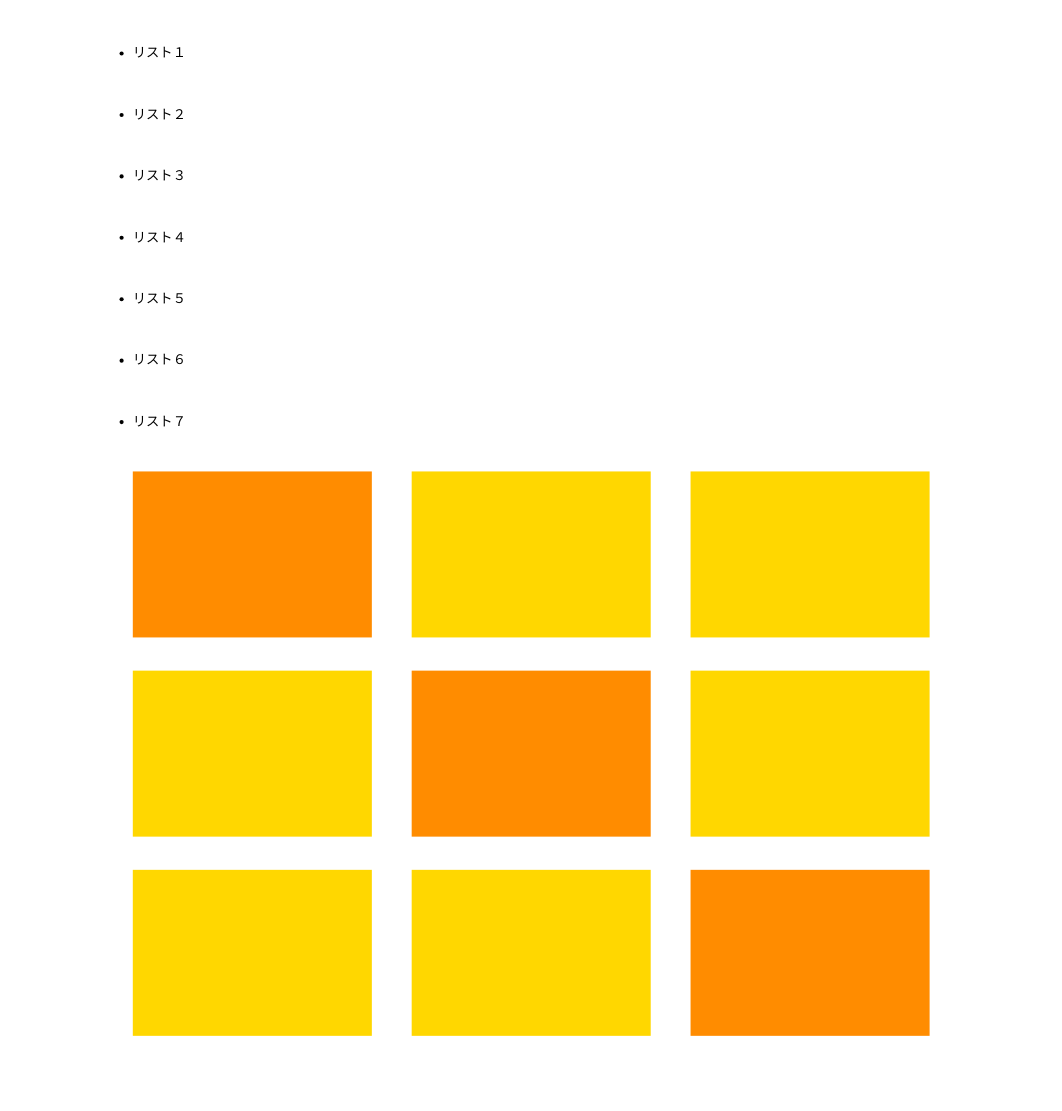
Repository: matsumurashin/flex
Page: chapter8-exercise/chap8.html
The author's editor kept a record of every edit. The page is drawn from the files as they stood at one moment, then again after the next edit.
The browser window is 1280 px wide. The pictures show the whole page, at 83% of full size.

Above is the page before.

After the next edit:
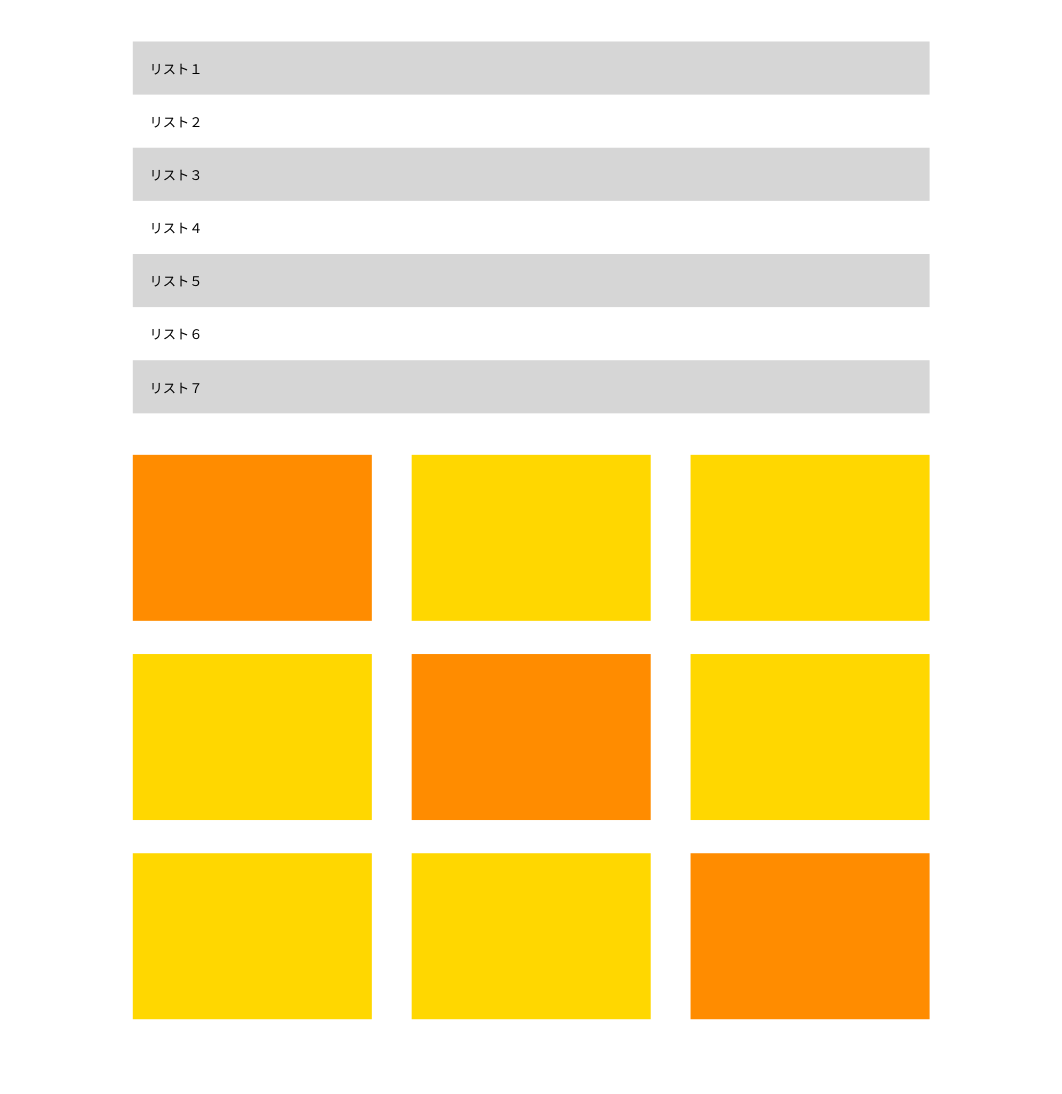
The edit:
--- a/chapter8-exercise/chap8.html
+++ b/chapter8-exercise/chap8.html
@@ -10,13 +10,13 @@
 
     <main>
       <ul class="item-list">
-        <li class="item-list">リスト１</li>
-        <li class="item-list">リスト２</li>
-        <li class="item-list">リスト３</li>
-        <li class="item-list">リスト４</li>
-        <li class="item-list">リスト５</li>
-        <li class="item-list">リスト６</li>
-        <li class="item-list">リスト７</li>
+        <li class="item">リスト１</li>
+        <li class="item">リスト２</li>
+        <li class="item">リスト３</li>
+        <li class="item">リスト４</li>
+        <li class="item">リスト５</li>
+        <li class="item">リスト６</li>
+        <li class="item">リスト７</li>
       </ul>
 
     <div class="box-list">
@@ -30,6 +30,7 @@
       <div class="box"></div>
       <div class="box"></div>
     </div>
+
     </main>
   </body>
 </html>
